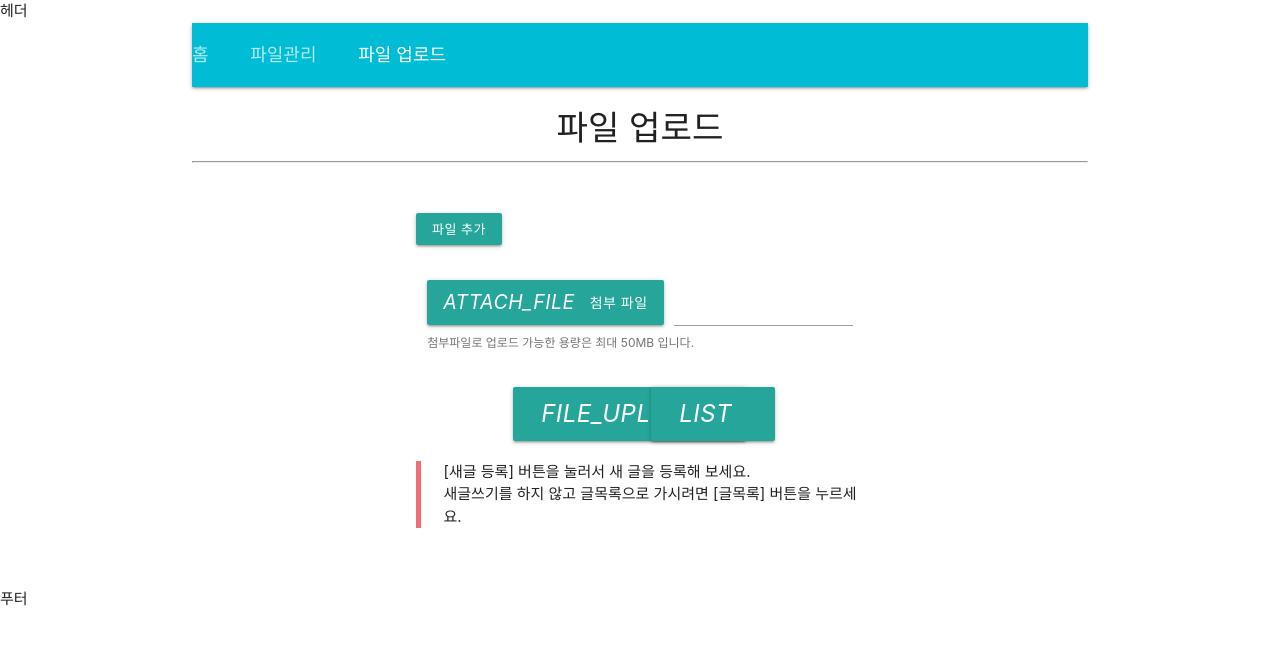
Repository: okgunyang/pro07
Page: http://localhost/pro07/WEB-INF/views/data/fileUpload.jsp
These files come from the project's save history. The page is drawn as it stood at one moment and after the next save; the edit follows.
The browser window is 1280 px wide. The pictures show the whole page.
The page is served by Tomcat 9. Nobody is signed in. Other server files are loaded and not shown. The template is opened directly, without the code that normally fills it, so the values that code supplies are empty.

Above is the page before, as saved 2023-01-04 00:32:00.
Console error: SyntaxError: Invalid or unexpected token

### pro07/src/main/webapp/WEB-INF/views/data/fileUpload.jsp
<%@ page language="java" contentType="text/html; charset=UTF-8"
    pageEncoding="UTF-8"%>
<%@ taglib prefix="c" uri="http://java.sun.com/jsp/jstl/core"%>
<!DOCTYPE html>
<html lang="ko">
<head>
    <meta charset="UTF-8">
    <meta http-equiv="X-UA-Compatible" content="IE=edge">
    <meta name="viewport" content="width=device-width, initial-scale=1.0">
    <title>파일 업로드</title>
    <link rel="stylesheet" href="https://cdnjs.cloudflare.com/ajax/libs/materialize/1.0.0/css/materialize.min.css">
    <link href="https://fonts.googleapis.com/icon?family=Material+Icons" rel="stylesheet">
</head>

<body>
    <!-- App -->
    <div id="app">

        <%-- include header.jsp --%>
		<jsp:include page="/WEB-INF/views/include/header.jsp" />

        <div class="container">
            <!-- Breadcrumbs -->
            <nav>
                <div class="nav-wrapper cyan">
                    <div class="col s12">
                        <a href="/" class="breadcrumb">홈</a>
                        <a href="" class="breadcrumb">파일관리</a>
                        <span class="breadcrumb">파일 업로드</span>
                    </div>
                </div>
            </nav>
            <!-- end of Breadcrumbs -->


            <!-- Forms -->
            <div class="row">
                <h4 class="center-align">파일 업로드</h4>
                <hr style="margin-bottom: 50px;">

                <form class="col s12 l6 offset-l3" action="/file/fileUplaad" method="post" enctype="multipart/form-data">

                    <div class="row">
                    	<button type="button" class="btn-small waves-effect waves-light" id="btnAddFile">파일 추가</button>
                    </div>

                    <div class="row" id="fileContainer">
                        <div class="file-field input-field col s12">
                            <div class="btn">
                                <span><i class="material-icons left">attach_file</i>첨부 파일</span>
                                <input type="file" name="files" multiple>
                            </div>
                            <div class="file-path-wrapper">
                                <input type="text" class="file-path validate">
                            </div>
                            <span class="helper-text">첨부파일로 업로드 가능한 용량은 최대 50MB 입니다.</span>
                        </div>
                    </div>

                    <div class="row center-align">
                        <div class="col s12 l8 offset-l2">
                            <div class="col s6">
                                <button type="submit" class="btn-large waves-effect waves-light">
                                    <i class="material-icons left">file_upload</i>
                                    파일 업로드
                                </button>
                            </div>
                            <div class="col s6">
                                <a class="btn-large waves-effect waves-light" href="/file/list">
                                    <i class="material-icons left">list</i>
                                    파일 목록
                                </a>
                            </div>
                        </div>
                    </div>

                    <div class="row">
                        <blockquote>
                            [새글 등록] 버튼을 눌러서 새 글을 등록해 보세요.<br>
                            새글쓰기를 하지 않고 글목록으로 가시려면 [글목록] 버튼을 누르세요.
                        </blockquote>
                    </div>
                </form>
            </div>
            <!-- end of Forms -->


        </div>
        <!-- end of Container -->


        <!-- Footer -->
        <%-- include footer.jsp --%>
 		<jsp:include page="/WEB-INF/views/include/footer.jsp" />
        <!-- end of Footer -->

    </div>
    <!-- end of App -->



    <script src="https://cdnjs.cloudflare.com/ajax/libs/materialize/1.0.0/js/materialize.min.js"></script>
    <script>
        const sideNav = document.querySelector('.sidenav');
        M.Sidenav.init(sideNav, {});
    </script>
    <script>
    	var fileContainer = document.querySelector('#fileContainer');

    	var btnAddFile = document.querySelector('#btnAddFile');

    	var fileCount = 1; // 첨부파일 선택상자 개수

    	btnAddFile.addEventListener('click', function () {
    		if (fileCount >= 5) {
    			alert('첨부파일은 최대 5개까지만 업로드 가능합니다.')
    			return;
    		}
    		fileCount++; // 추가된 첨부파일 선택상자 개수 반영

    		var input = '
            <div class="file-field input-field col s12">
                <div class="btn">
                    <span><i class="material-icons left">attach_file</i>첨부 파일</span>
                    <input type="file" name="files" multiple>
                </div>
                <div class="file-path-wrapper">
                    <input type="text" class="file-path validate">
                </div>
                <span class="helper-text">첨부파일로 업로드 가능한 용량은 최대 50MB 입니다.</span>
            </div>
    		';

    		fileContainer.innerHTML += input;
    	});

    </script>
</body>

</html>

### pro07/src/main/webapp/WEB-INF/views/include/header.jsp
<%@ page language="java" contentType="text/html; charset=UTF-8"
    pageEncoding="UTF-8"%>
<%@ taglib prefix="c" uri="http://java.sun.com/jsp/jstl/core"%>
<header class="footer">
	헤더
</header>

### pro07/src/main/webapp/WEB-INF/views/include/footer.jsp
<%@ page language="java" contentType="text/html; charset=UTF-8"
    pageEncoding="UTF-8"%>
<%@ taglib prefix="c" uri="http://java.sun.com/jsp/jstl/core"%>
<footer class="footer">
	푸터
</footer>

After the next save:
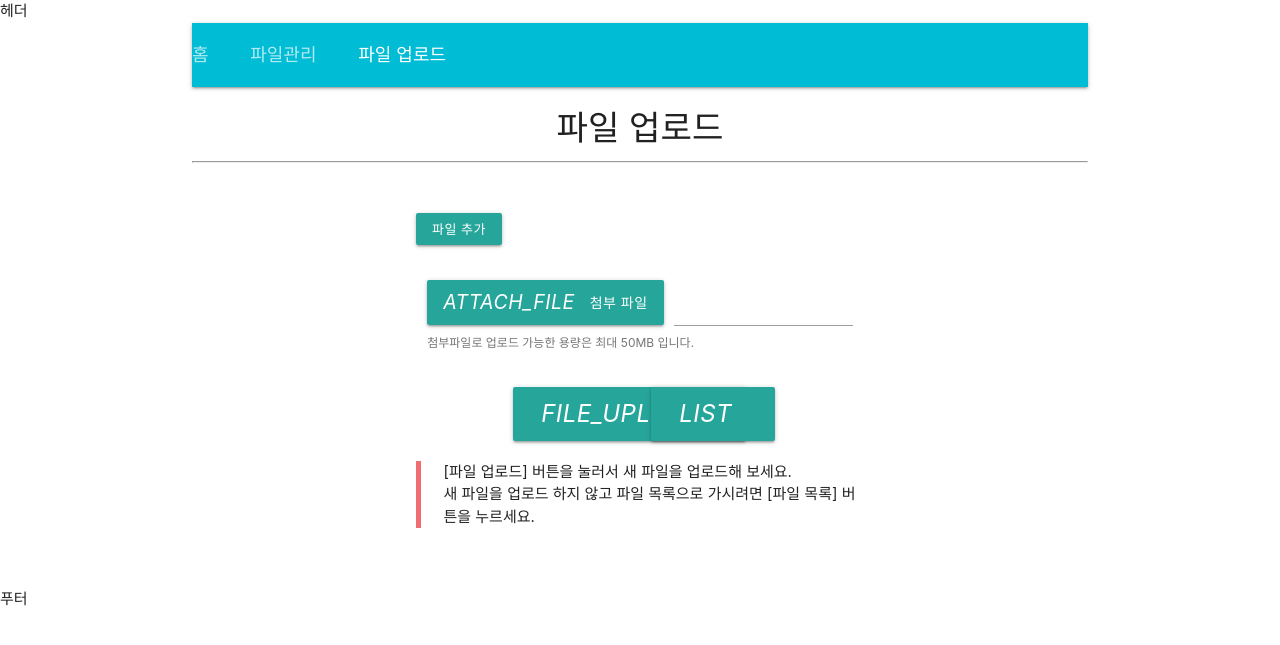
Saved 68 s later.
--- a/pro07/src/main/webapp/WEB-INF/views/data/fileUpload.jsp
+++ b/pro07/src/main/webapp/WEB-INF/views/data/fileUpload.jsp
@@ -38,7 +38,7 @@
                 <h4 class="center-align">파일 업로드</h4>
                 <hr style="margin-bottom: 50px;">
 
-                <form class="col s12 l6 offset-l3" action="/file/fileUplaad" method="post" enctype="multipart/form-data">
+                <form class="col s12 l6 offset-l3" action="/fileUplaad" method="post" enctype="multipart/form-data">
 
                     <div class="row">
                     	<button type="button" class="btn-small waves-effect waves-light" id="btnAddFile">파일 추가</button>
@@ -76,8 +76,8 @@
 
                     <div class="row">
                         <blockquote>
-                            [새글 등록] 버튼을 눌러서 새 글을 등록해 보세요.<br>
-                            새글쓰기를 하지 않고 글목록으로 가시려면 [글목록] 버튼을 누르세요.
+                            [파일 업로드] 버튼을 눌러서 새 파일을 업로드해 보세요.<br>
+                            새 파일을 업로드 하지 않고 파일 목록으로 가시려면 [파일 목록] 버튼을 누르세요.
                         </blockquote>
                     </div>
                 </form>
